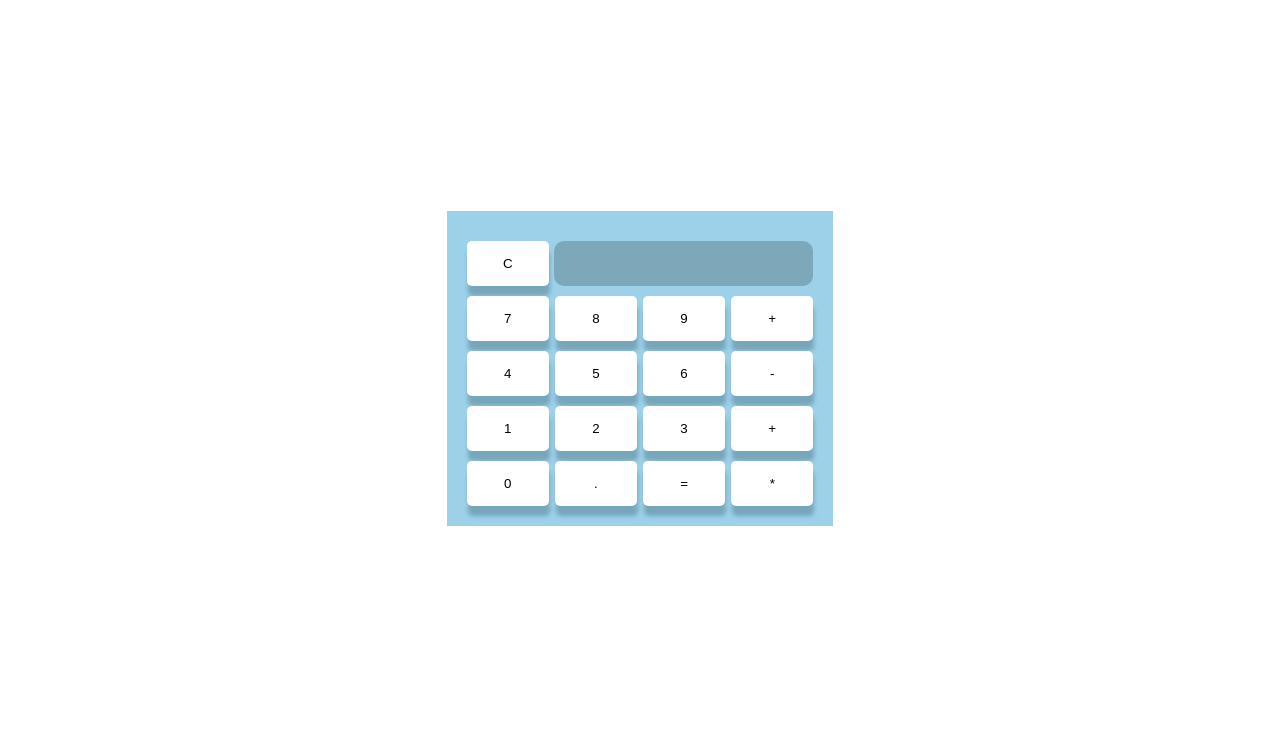
Repository: sem1103/calculator
Page: index.html
These files come from the project's save history. The page is drawn as it stood at one moment and after the next save; the edit follows.
The browser window is 1280 px wide. The pictures show the whole page.

Above is the page before, as saved 2023-11-01 19:53:34.

### index.html
<!DOCTYPE html>
<html lang="en">

<head>
    <meta charset="UTF-8">
    <meta name="viewport" content="width=device-width, initial-scale=1.0">
    <title>Calc</title>
    <style>
        *{
            box-sizing: border-box;
        }
        .calc__container {
            display: flex;
            justify-content: center;
            height: 100vh;
            align-items: center;
        }

        .calc__wrapper {
            max-width: 900px;
            background-color: #9cd1e9;
            padding: 20px;
        }
        .calc__display{

            background-color: #7da8ba;
            flex: 1;
            border-radius: 10px;
        }
        .calc__main , .calc__header{
            display: flex;
            flex-direction: row;
            flex-wrap: wrap;
            justify-content: space-between;
            row-gap: 10px;
            column-gap: 5px;

        }
        .calc__header{
            margin: 10px 0;
        }

        button {
            padding: 15px 5px;
            text-align: center;
            background-color: #fff;
            box-shadow: 1px 10px 4px #77a6bb;
            flex-basis: calc(25% - 5px);
            border: 0;
            border-radius: 5px;
            cursor: pointer;
        }
    </style>
</head>

<body>
    <div class="calc__container">
        <div class="calc__wrapper">
            <div class="calc__header">
                <button>C</button>
                <div class="calc__display">

                </div>
            </div>
            <div class="calc__main">
                <button>7</button>
                <button>8</button>
                <button>9</button>
                <button>+</button>
                <button>4</button>
                <button>5</button>
                <button>6</button>
                <button>-</button>
                <button>1</button>
                <button>2</button>
                <button>3</button>
                <button>+</button>
                <button>0</button>
                <button>.</button>
                <button>=</button>
                <button>*</button>
            </div>
        </div>
    </div>
</body>

</html>

After the next save:
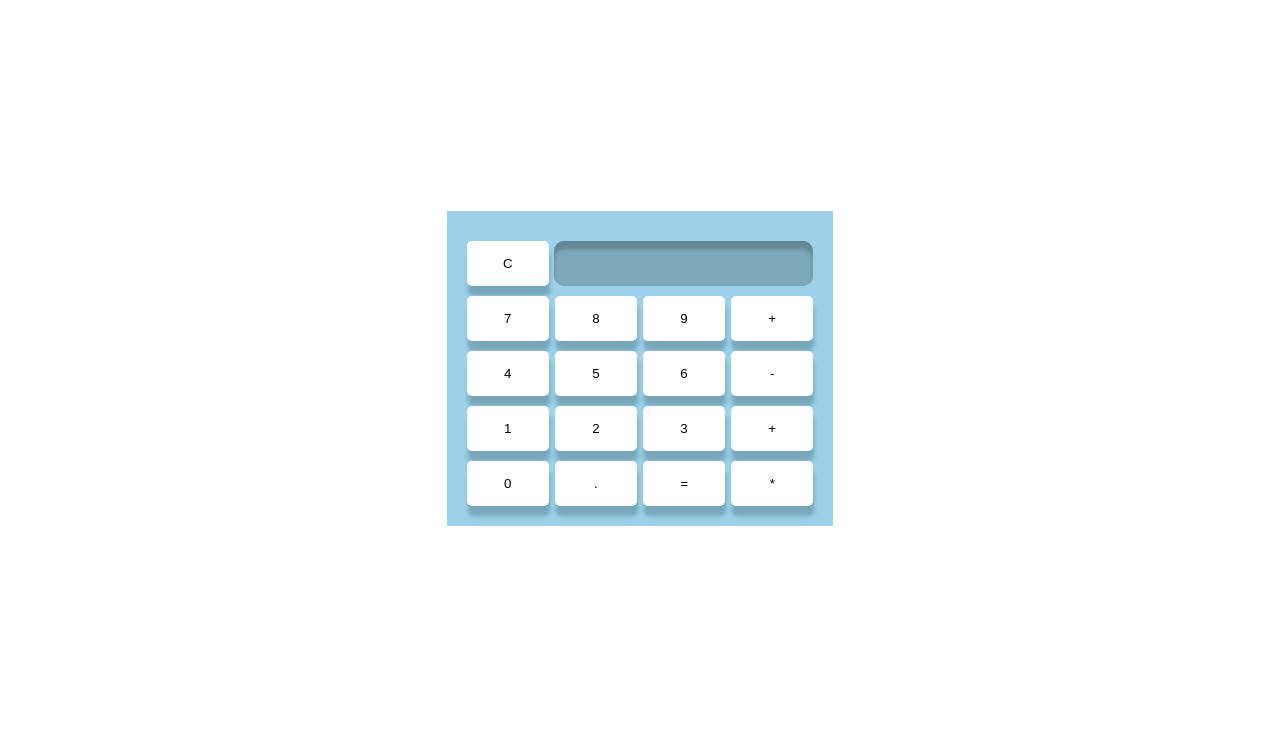
Saved 113 s later.
--- a/index.html
+++ b/index.html
@@ -22,7 +22,7 @@
             padding: 20px;
         }
         .calc__display{
-
+            box-shadow: inset 0px 8px 4px 0px #658695;
             background-color: #7da8ba;
             flex: 1;
             border-radius: 10px;
